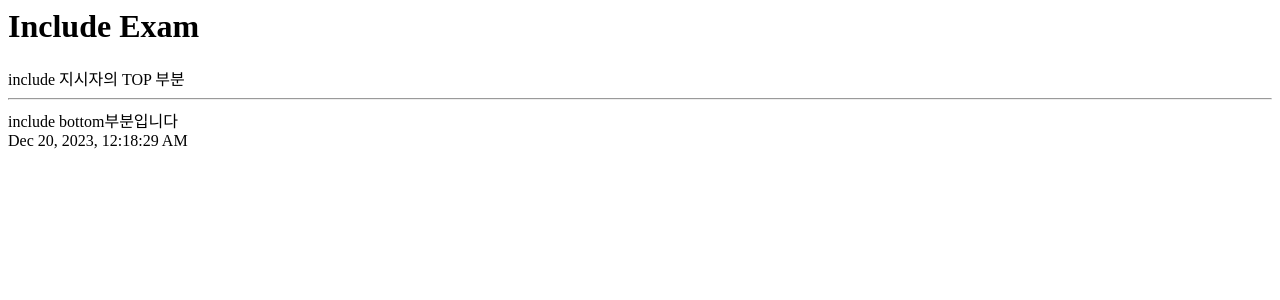
Repository: kimwoongasd/JSPAndServlet
Page: http://localhost/day1221/08_directive.jsp
The author's editor kept a copy of each file at every save. The page is drawn from the files as they stood at one save, then again after the next save.
The browser window is 1280 px wide. The pictures show the whole page.
The page is served by Tomcat 9. Other server files are loaded and not shown.

Above is the page before, as saved 2023-12-21 01:44:08.

### day1221/src/main/webapp/08_directive.jsp
 <%@ page language="java" contentType="text/html; charset=UTF-8"
    pageEncoding="UTF-8"%>


<h1>Include Exam</h1>
<%@ include file="top.jsp" %>
<%@ include file="bottom.jsp" %>

### day1221/src/main/webapp/top.jsp
<%@ page language="java" contentType="text/html; charset=UTF-8"
    pageEncoding="UTF-8"%>
<!DOCTYPE html>
<html>
<head>
<meta charset="UTF-8">
<title>Insert title here</title>
</head>
<body>

include 지시자의 TOP 부분
<hr>

### day1221/src/main/webapp/bottom.jsp
<%@page import="java.util.Date"%>
<%@ page language="java" contentType="text/html; charset=UTF-8"
    pageEncoding="UTF-8"%>

<%
	Date date = new Date();
%>
include bottom부분입니다<br>
<%=date.toLocaleString() %>
</body>
</html>

After the next save:
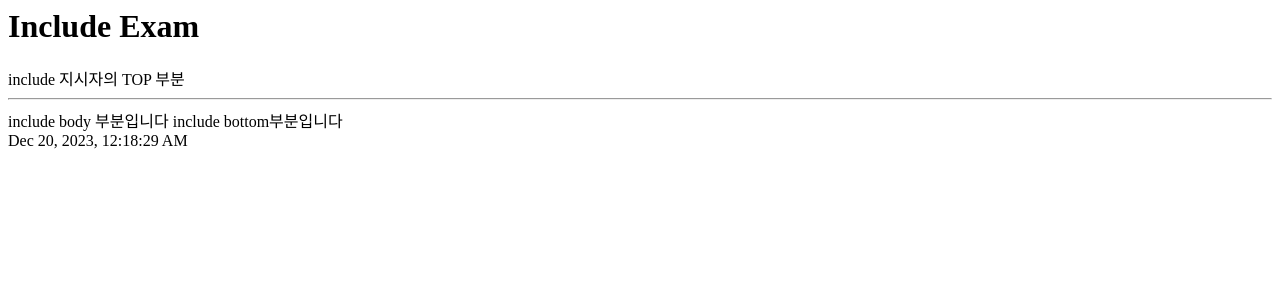
Saved 11 s later.
--- a/day1221/src/main/webapp/08_directive.jsp
+++ b/day1221/src/main/webapp/08_directive.jsp
@@ -4,4 +4,5 @@
 
 <h1>Include Exam</h1>
 <%@ include file="top.jsp" %>
+include body 부분입니다
 <%@ include file="bottom.jsp" %>
